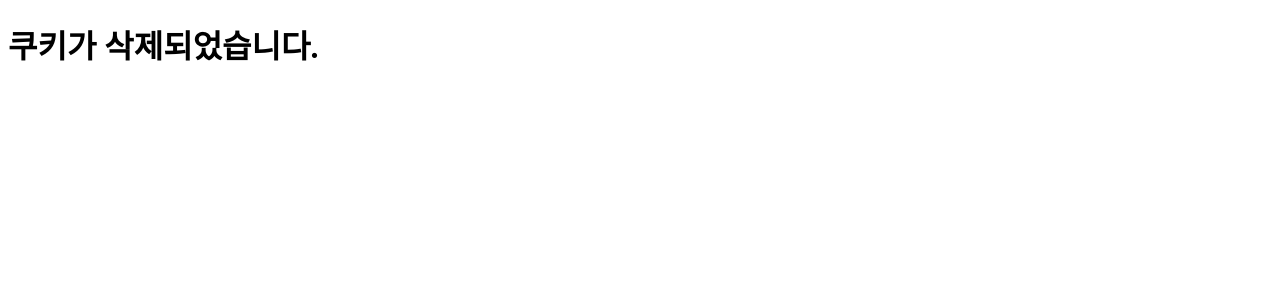
Repository: angwanghyeon/eclipse
Page: http://localhost/sec05/03_removeCookies.jsp
The author's editor kept a copy of each file at every save. The page is drawn from the files as they stood at one save, then again after the next save.
The browser window is 1280 px wide. The pictures show the whole page.
The page is served by Tomcat 9.

Above is the page before, as saved 2023-08-31 07:28:50.

After the next save:
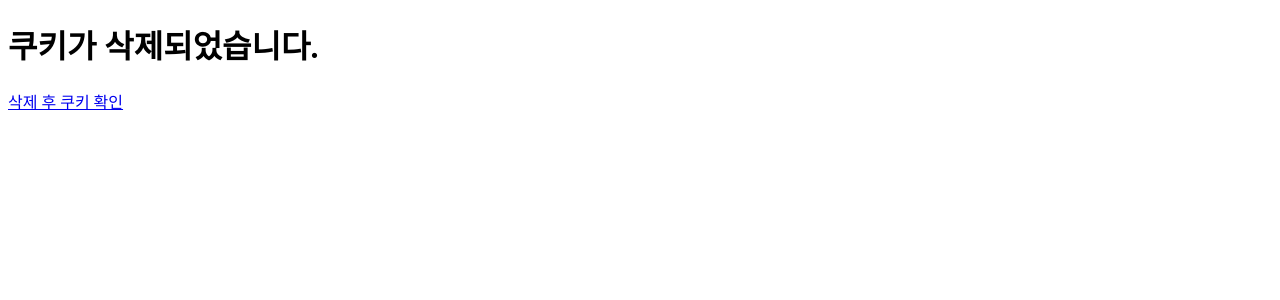
Saved 10 s later.
--- a/sec05/src/main/webapp/03_removeCookies.jsp
+++ b/sec05/src/main/webapp/03_removeCookies.jsp
@@ -13,6 +13,6 @@
 response.addCookie(cookie);
 %>
 <h1>쿠키가 삭제되었습니다.</h1>
-<a href="02_getCookies.jsp"></a>
+<a href="02_getCookies.jsp">삭제 후 쿠키 확인</a>
 </body>
 </html>
